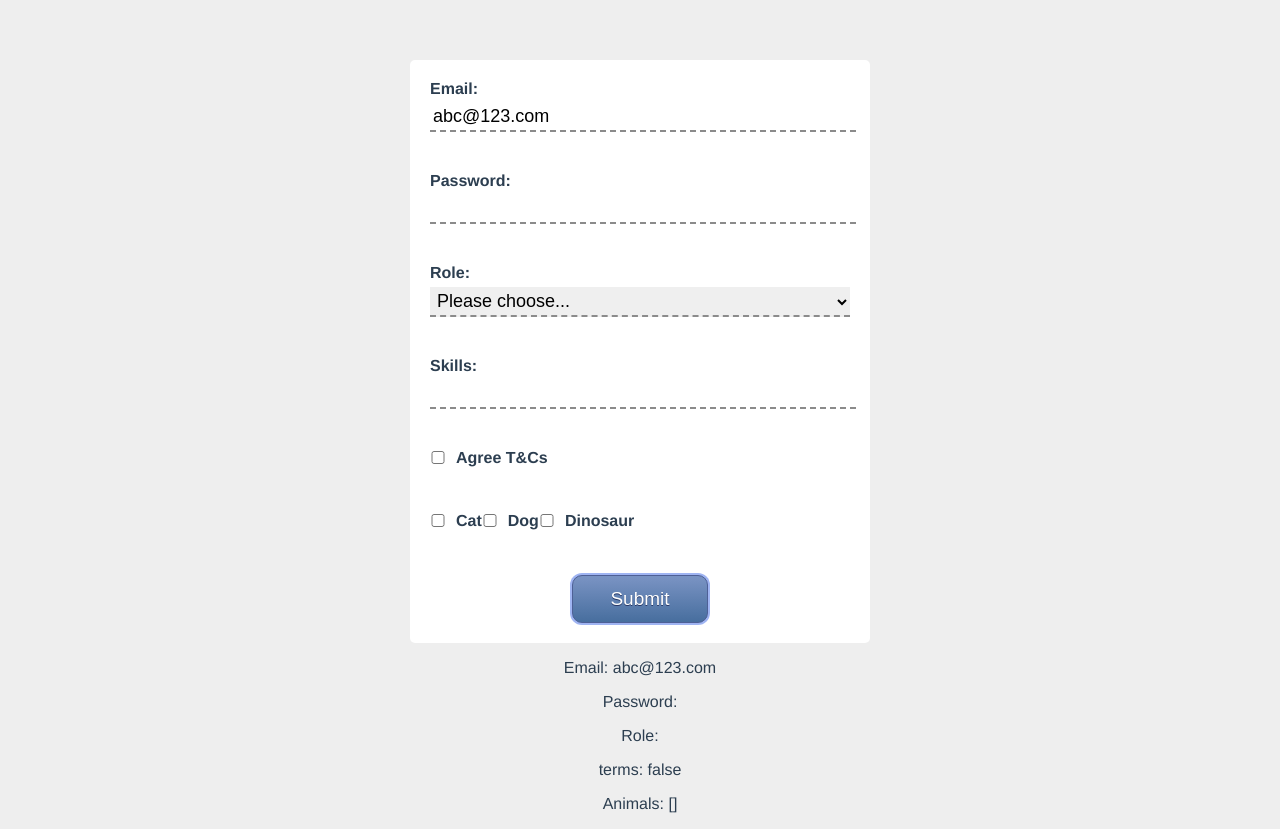
Repository: technogize/vue-forms
Page: /
These files come from the project's save history. The page is drawn as it stood at one moment and after the next save; the edit follows.
The browser window is 1280 px wide. The pictures show the whole page.
The project was rebuilt for these pictures with package versions that can differ from the ones it lists, and the page was loaded fresh each time.

Above is the page before, as saved 2021-03-01 14:11:41.

### src/App.vue
<template>
  <SignupForm />
</template>

<script>
import SignupForm from './components/SignupForm';

export default {
  name: 'App',
  components: {
    SignupForm
  }
}
</script>

<style>
#app {
  font-family: Avenir, Helvetica, Arial, sans-serif;
  -webkit-font-smoothing: antialiased;
  -moz-osx-font-smoothing: grayscale;
  text-align: center;
  color: #2c3e50;
  margin-top: 60px;
}

body {
  margin: 0;
  background: #eee;
}
</style>

### src/components/SignupForm.vue
<template>
  <!-- .prevent is like doing e.preventDefault -->
  <form @submit.prevent="submitForm">
    <!--
      v-model syncs the data in the input with the data properties.
      We can set the default value of a form element by entering it
      in the data().
    -->
    <div class="field">
      <label>Email: </label>
      <input type="email" required v-model="email" />
    </div>
    <div class="field">
      <label>Password: </label>
      <input type="password" required v-model="password" />
    </div>
    <div class="field">
      <label>Role: </label>
      <select v-model="role">
        <option value="">Please choose...</option>
        <option value="Designer">Web Designer</option>
        <option value="Developer">Web Developer</option>
      </select>
    </div>

    <div class="field">
      <label>Skills: </label>

      <input type="text" required v-model="tempSkill" @keyup.ctrl="addSkill" />
      <div v-for="skill in skills" class="skill-item" :key="skill" @click="removeSkill(skill)">
        {{skill}}
      </div>
    </div>

    <div class="field checkboxField">
      <input type="checkbox" required v-model="terms" />
      <label>Agree T&amp;Cs</label>
    </div>

    <div class="field checkboxField">
      <input type="checkbox" value="Cat" v-model="animal" /><label>Cat</label>
      <input type="checkbox" value="Dog" v-model="animal" /><label>Dog</label>
      <input type="checkbox" value="Dinosaur" v-model="animal" /><label>Dinosaur</label>
    </div>

    <div class="submit-button-wrapper">
      <button>Submit</button>
    </div>
  </form>

  <p>Email: {{email}}</p>
  <p>Password: {{password}}</p>
  <p>Role: {{role}} </p>
  <p>terms: {{terms}} </p>
  <p>Animals: {{animal}} </p>
</template>

<script>
export default {
  data() {
    return {
      email: 'abc@123.com', // I set the default value here
      password: '',
      role: '',
      tempSkill: '',
      terms: false, // checkbox is a boolean
      skills: [],
      animal: [] // Multiple checkboxes for this creates an array
    }
  },
  methods: {
    addSkill(e) {
      if (e.key === ',' && this.tempSkill) {

        // If the skill already exists, don't add to array
        if(!this.skills.includes(this.tempSkill)) {
          this.skills.push(this.tempSkill);
        }

        this.tempSkill = '';
      }
    },
    removeSkill(skill, e) {
      this.skills = this.skills.filter((skillItem) => {
        return skill !== skillItem; // if this returns false, this item will be taken out of the array returned
      });
    },
    submitForm(e) {

      e.preventDefault();
    }
  }
}
</script>

<style scoped>
  form {
    max-width: 420px;
    border-radius: 5px;
    background: white;
    padding: 20px;
    margin: 0 auto;
  }

  label {
    font-weight: 700;
    display: block;
    text-align: left;
    margin-bottom: 5px;
  }

  input, select {
    display: block;
    width: 100%;
    font-size: 18px;
    padding: 3px;
    border: none;
    border-bottom: 2px dashed rgb(139, 139, 139);
  }

  input:focus,
  select:focus {
    outline: none;
    border-bottom: 2px solid rgb(139, 139, 139);
  }

  input[type=checkbox] {
    display: inline-block;
    width: 16px;
    margin: 0 10px 0 0;
    position: relative;
    top: 1px;
  }

  .checkboxField label {
    display: inline-block;
    width: auto;
    text-align: left;
  }

  .field {
    text-align: left;
    margin-bottom: 40px;
  }

  .skill-item {
    display: inline-block;
    margin-top: 5px;
    margin-left: 5px;
    border-radius: 20px;
    height: 20px;
    padding: 5px 10px;
    background-color: darkgray;
    color: white;
  }
  .skill-item:hover {
    font-weight: bold;
    cursor: pointer;
  }

  .submit-button-wrapper button {
    box-shadow: 0px 0px 0px 2px #9fb4f2;
    background:linear-gradient(to bottom, #7892c2 5%, #476e9e 100%);
    background-color:#7892c2;
    border-radius:10px;
    border:1px solid #4e6096;
    display:inline-block;
    cursor:pointer;
    color:#ffffff;
    font-family:Arial;
    font-size:19px;
    padding:12px 37px;
    text-decoration:none;
    text-shadow:0px 1px 0px #283966;
  }

  .submit-button-wrapper button:hover {
    background:linear-gradient(to bottom, #476e9e 5%, #7892c2 100%);
    background-color:#476e9e;
  }

  .submit-button-wrapper button:active {
    position:relative;
    top:1px;
  }
</style>

Loaded but not shown: public/index.html (common file); src/main.js (common file)

After the next save:
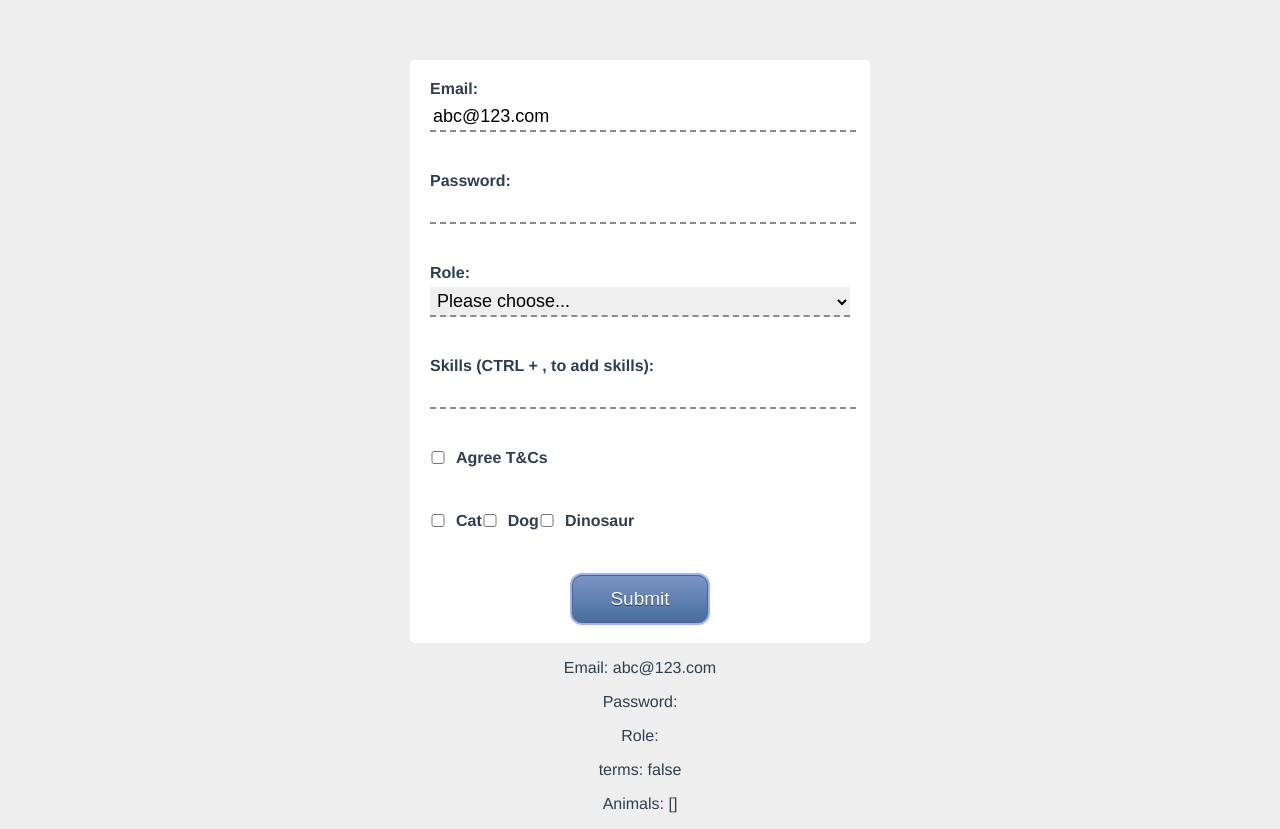
Saved 52 s later.
--- a/src/components/SignupForm.vue
+++ b/src/components/SignupForm.vue
@@ -24,7 +24,7 @@
     </div>
 
     <div class="field">
-      <label>Skills: </label>
+      <label>Skills (CTRL + , to add skills): </label>
 
       <input type="text" required v-model="tempSkill" @keyup.ctrl="addSkill" />
       <div v-for="skill in skills" class="skill-item" :key="skill" @click="removeSkill(skill)">
